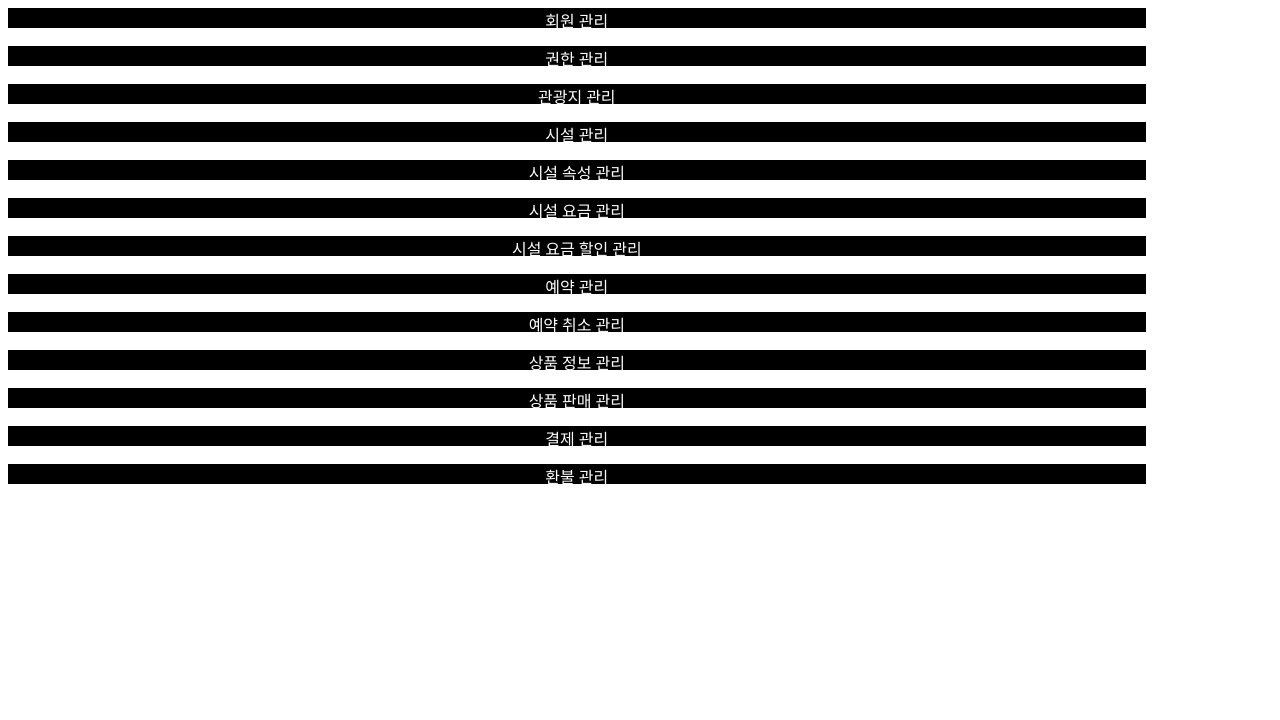
Repository: psyoongsc/SogongDo_Facility
Page: http://localhost/SogongDo_Management_System/
The author's editor kept a copy of each file at every save. The page is drawn from the files as they stood at one save, then again after the next save.
The browser window is 1280 px wide. The pictures show the whole page.
The page is served by Tomcat 9. Nobody is signed in. The application's start-up code is not run. Other server files are loaded and not shown.

Above is the page before, as saved 2020-06-25 14:34:29.

### SogongDo_Management_System/WebContent/index.jsp
<%@ page language="java" contentType="text/html; charset=UTF-8"
    pageEncoding="UTF-8"%>
<!DOCTYPE html>
<html>
<head>
<meta charset="EUC-KR">
<title>소공도 관리시스템</title>
<style>
a {
	text-decoration: none;
	text-align: center;
	background-color: black;
	width: 90%;
	height: 20px;
	font-size: medium;
	display: block;
}

a:link {
	color: white;
}
a:visited {
	color: white;
}

.container {
	text-align: center;
}
</style>
</head>
<body>
	<div class="container">
		<a href="Member/view">회원 관리</a> <br>
		<a href="Authority/view">권한 관리</a> <br>
		<a href="TouristSite/view">관광지 관리</a> <br>
		<a href="Facility/view">시설 관리</a> <br>
		<a href="Facility/Attribute/view">시설 속성 관리</a> <br>
		<a href="Facility/Charge/view">시설 요금 관리</a> <br>
		<a href="Facility/Charge/discount/view">시설 요금 할인 관리</a> <br>
		<a href="Reservation/view">예약 관리</a> <br>
		<a href="Reservation/Cancel/view">예약 취소 관리</a> <br>
		<a href="Product/view">상품 정보 관리</a> <br>
		<a href="Product/Sell/view">상품 판매 관리</a> <br>
		<a href="Payment/view">결제 관리</a> <br>
		<a href="Refund/view">환불 관리</a> <br>
	</div>
</body>
</html>

After the next save:
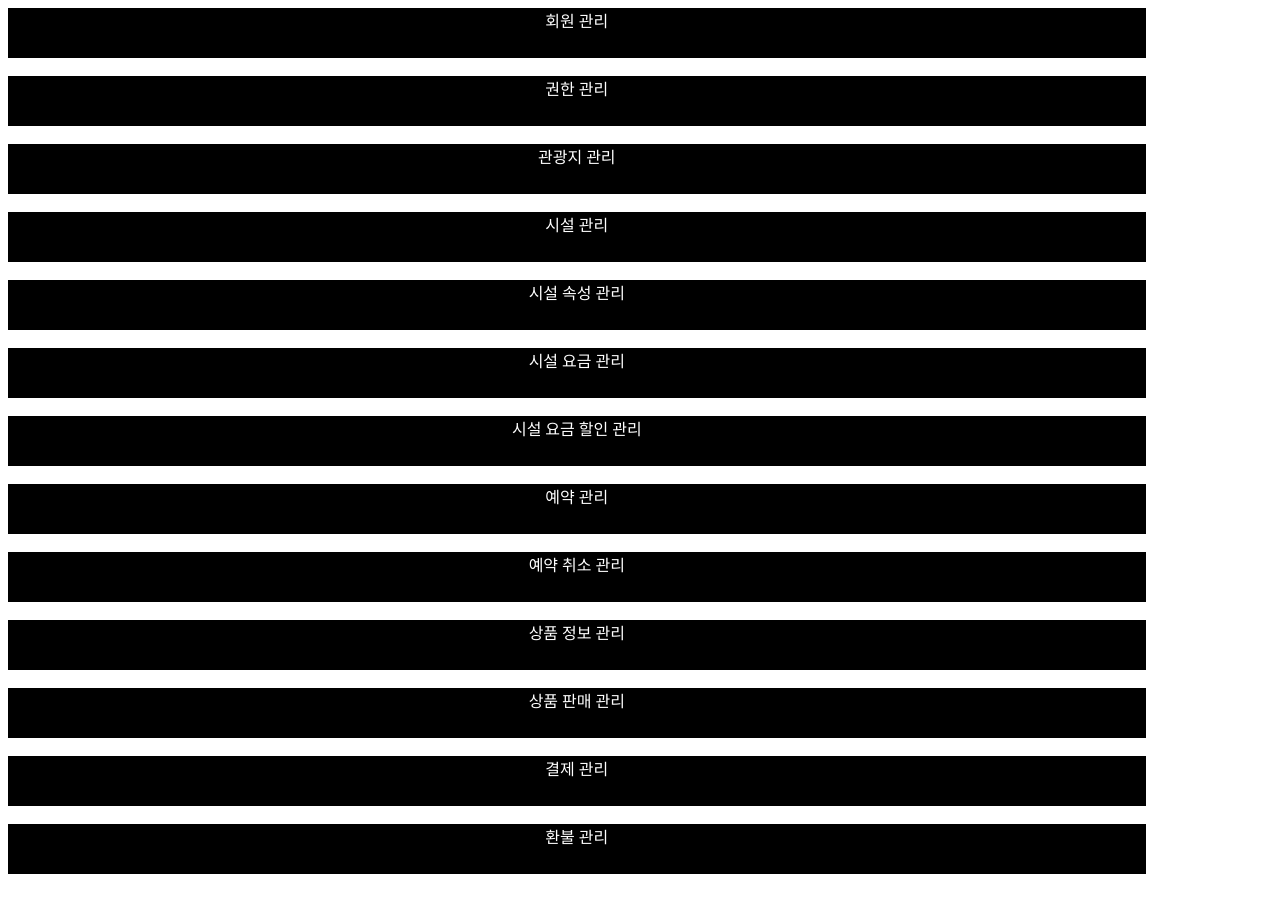
Saved 16 s later.
--- a/SogongDo_Management_System/WebContent/index.jsp
+++ b/SogongDo_Management_System/WebContent/index.jsp
@@ -11,7 +11,7 @@ a {
 	text-align: center;
 	background-color: black;
 	width: 90%;
-	height: 20px;
+	height: 50px;
 	font-size: medium;
 	display: block;
 }
